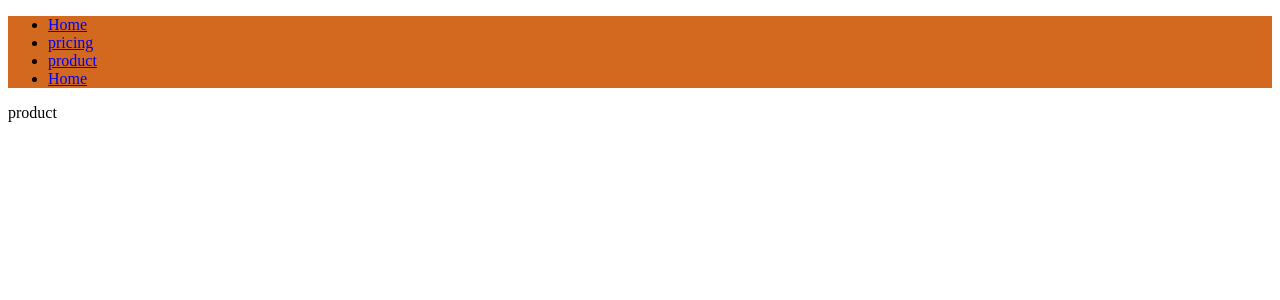
Repository: ayakhaled0001/worldwise
Page: /product
These files come from the project's save history. The page is drawn as it stood at one moment and after the next save; the edit follows.
The browser window is 1280 px wide. The pictures show the whole page.
The project was rebuilt for these pictures with package versions that can differ from the ones it lists, and the page was loaded fresh each time. Also part of the build but not shown: vite.config.js, src/pages/Homepage.jsx, src/pages/Pricing.jsx, src/pages/PageNotFound.jsx.

Above is the page before, as saved 2025-01-29 20:44:37.

### src/App.jsx
import { BrowserRouter, Route, Routes } from "react-router-dom";
import Product from "./pages/Product";
import Homepage from "./pages/Homepage";
import Pricing from "./pages/Pricing";
import PageNotFound from "./pages/PageNotFound";
function App() {
  return (
    <BrowserRouter>
      <Routes>
        <Route path="/" element={<Homepage />} />
        <Route path="pricing" element={<Pricing />} />
        <Route path="product" element={<Product />} />
        <Route path="*" element={<PageNotFound />} />
      </Routes>
    </BrowserRouter>
  );
}

export default App;

### src/pages/Product.jsx
import PageNav from "../components/PageNav";
function Product() {
  return (
    <div>
      <PageNav />
      product
    </div>
  );
}

export default Product;

### src/components/PageNav.jsx
import { NavLink } from "react-router-dom";
import styles from "./PageNav.module.css";
function PageNav() {
  return (
    <nav className={styles.nav}>
      <ul>
        <li>
          <NavLink to="/">Home</NavLink>
        </li>
        <li>
          <NavLink to="/pricing">pricing</NavLink>
        </li>
        <li>
          <NavLink to="/product">product</NavLink>
        </li>
        <li>
          <NavLink to="/">Home</NavLink>
        </li>
      </ul>
    </nav>
  );
}

export default PageNav;

### src/components/PageNav.module.css
.nav {
  background-color: chocolate;
}

.ul {
  list-style: none;
  display: flex;
  justify-content: space-between;
}

Loaded but not shown: index.html (common file); src/main.jsx (common file)

After the next save:
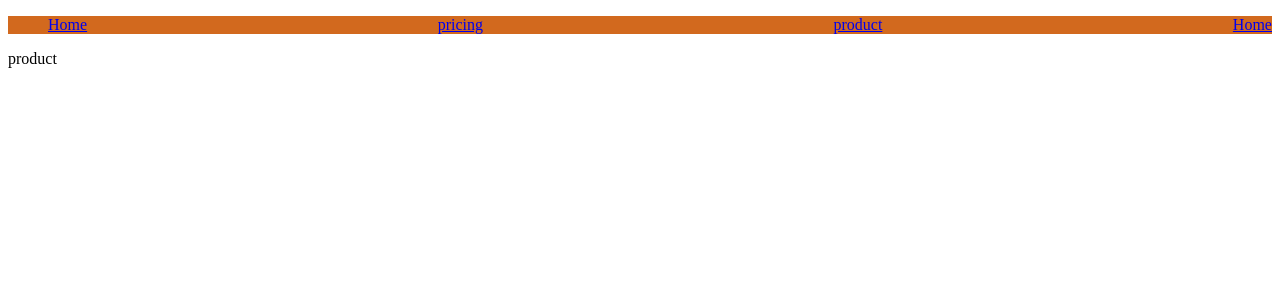
Saved 49 s later.
--- a/src/components/PageNav.jsx
+++ b/src/components/PageNav.jsx
@@ -3,7 +3,7 @@ import styles from "./PageNav.module.css";
 function PageNav() {
   return (
     <nav className={styles.nav}>
-      <ul>
+      <ul className={styles.ul}>
         <li>
           <NavLink to="/">Home</NavLink>
         </li>
